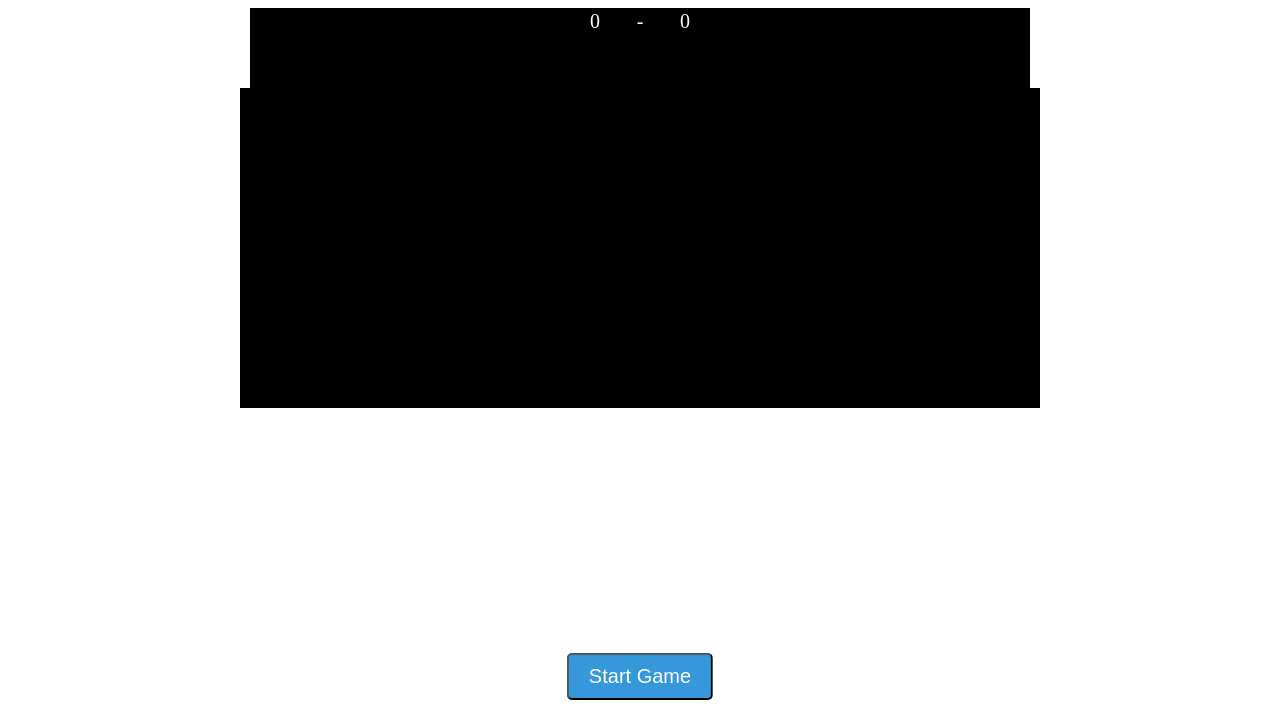
Repository: SiPilip/PingPong-basicJS
Page: index.html
The author's editor kept a copy of each file at every save. The page is drawn from the files as they stood at one save, then again after the next save.
The browser window is 1280 px wide. The pictures show the whole page.

Above is the page before, as saved 2023-05-30 11:15:41.

### index.html
<!DOCTYPE html>
<html>

<head>
    <title>Ping Pong Game</title>
    <link rel="stylesheet" type="text/css" href="style.css">
</head>

<body>
    <div class="loading-screen" id="loading-screen">
        <span class="loading-text">Loading...</span>
    </div>
    <div class="game-container">
        <div id="pong">
            <div id="paddleA"></div>
            <div id="paddleB"></div>
            <div id="ball"></div>
        </div>
        <div id="scoreboard">
            <span id="playerA-score">0</span>
            <span>-</span>
            <span id="playerB-score">0</span>
        </div>
        <button id="start-button" disabled>Start Game</button>
    </div>
    <script src="script.js"></script>
</body>

</html>

### style.css
#pong {
    position: relative;
    width: 800px;
    height: 400px;
    background-color: #000;
    margin: 0 auto;
    overflow: hidden;
}

#paddleA,
#paddleB {
    position: absolute;
    width: 10px;
    height: 80px;
    background-color: #fff;
}

#paddleA {
    left: 0;
}

#paddleB {
    right: 0;
}

#ball {
    position: absolute;
    width: 10px;
    height: 10px;
    background-color: #fff;
    border-radius: 50%;
}

#scoreboard {
    position: absolute;
    top: 10px;
    left: 50%;
    transform: translateX(-50%);
    display: flex;
    justify-content: space-between;
    width: 100px;
    color: #fff;
    font-size: 20px;
}

.player-score {
    text-align: center;
    width: 50px;
}

#loading-screen {
    position: fixed;
    top: 0;
    left: 0;
    width: 100%;
    height: 100%;
    background-color: #000;
    display: flex;
    justify-content: center;
    align-items: center;
    z-index: 9999;
}

.loader {
    border: 16px solid #f3f3f3;
    border-top: 16px solid #3498db;
    border-radius: 50%;
    width: 120px;
    height: 120px;
    animation: spin 2s linear infinite;
}

@keyframes spin {
    0% { transform: rotate(0deg); }
    100% { transform: rotate(360deg); }
}

#start-button {
    position: fixed;
    bottom: 20px;
    left: 50%;
    transform: translateX(-50%);
    padding: 10px 20px;
    background-color: #3498db;
    color: #fff;
    font-size: 20px;
    cursor: pointer;
    border-radius: 5px;
}

#name-input {
    position: fixed;
    top: 50%;
    left:

### script.js
document.addEventListener("DOMContentLoaded", () => {
  const pong = document.getElementById("pong");
  const paddleA = document.getElementById("paddleA");
  const paddleB = document.getElementById("paddleB");
  const ball = document.getElementById("ball");
  const startButton = document.getElementById("start-button");
  const playerAScore = document.getElementById("playerA-score");
  const playerBScore = document.getElementById("playerB-score");
  const loadingScreen = document.getElementById("loading-screen");

  let paddleA_Y = 160;
  let paddleB_Y = 160;
  let ball_X = 390;
  let ball_Y = 190;
  let speed_X = 2;
  let speed_Y = 2;
  let playerAScoreValue = 0;
  let playerBScoreValue = 0;
  let isGameRunning = false;

  function update() {
    paddleA.style.top = paddleA_Y + "px";
    paddleB.style.top = paddleB_Y + "px";

    ball_X += speed_X;
    ball_Y += speed_Y;
    ball.style.left = ball_X + "px";
    ball.style.top = ball_Y + "px";

    if (ball_Y > 385 || ball_Y < 0) {
      speed_Y *= -1;
    }

    if (ball_X <= 20 && ball_Y + 10 >= paddleA_Y && ball_Y <= paddleA_Y + 80) {
      speed_X *= -1;
    }

    if (ball_X >= 770 && ball_Y + 10 >= paddleB_Y && ball_Y <= paddleB_Y + 80) {
      speed_X *= -1;
    }

    if (ball_X <= 0) {
      playerBScoreValue++;
      resetGame();
    } else if (ball_X >= 790) {
      playerAScoreValue++;
      resetGame();
    }

    playerAScore.textContent = playerAScoreValue;
    playerBScore.textContent = playerBScoreValue;

    if (isGameRunning) {
      requestAnimationFrame(update);
    }
  }

  function resetGame() {
    ball_X = 390;
    ball_Y = 190;
    speed_X *= -1;
    paddleA_Y = 160;
    paddleB_Y = 160;

    isGameRunning = false;
    startButton.disabled = false;
    startButton.textContent = "Start Game";
  }

  function startGame() {
    isGameRunning = true;
    startButton.disabled = true;
    startButton.textContent = "Game in Progress";
    update();
  }

  function movePaddleA(event) {
    const mouseY = event.clientY - pong.offsetTop;
    if (mouseY >= 0 && mouseY <= 320) {
      paddleA_Y = mouseY;
    }
  }

  function movePaddleB() {
    // Mengikuti gerakan bola dengan gerakan yang lebih alami
    const paddleCenter = paddleB_Y + 40;
    const ballCenter = ball_Y + 5;
    const distance = ballCenter - paddleCenter;

    if (Math.abs(distance) < 10) {
      return; // Jika sudah mendekati posisi bola, biarkan paddle tetap
    }

    let moveAmount = Math.min(4, Math.abs(distance) / 10);

    if (distance < 0) {
      paddleB_Y -= moveAmount;
    } else {
      paddleB_Y += moveAmount;
    }
  }

  pong.addEventListener("mousemove", movePaddleA);

  setTimeout(() => {
    loadingScreen.style.animation = "fadeOut 1s forwards";
    loadingScreen.style.display = "none";
    startButton.disabled = false;
    startButton.textContent = "Start Game";
  }, 3000);

  startButton.addEventListener("click", startGame);

  // Menggerakkan paddle B setiap 10ms
  setInterval(movePaddleB, 10);
});

After the next save:
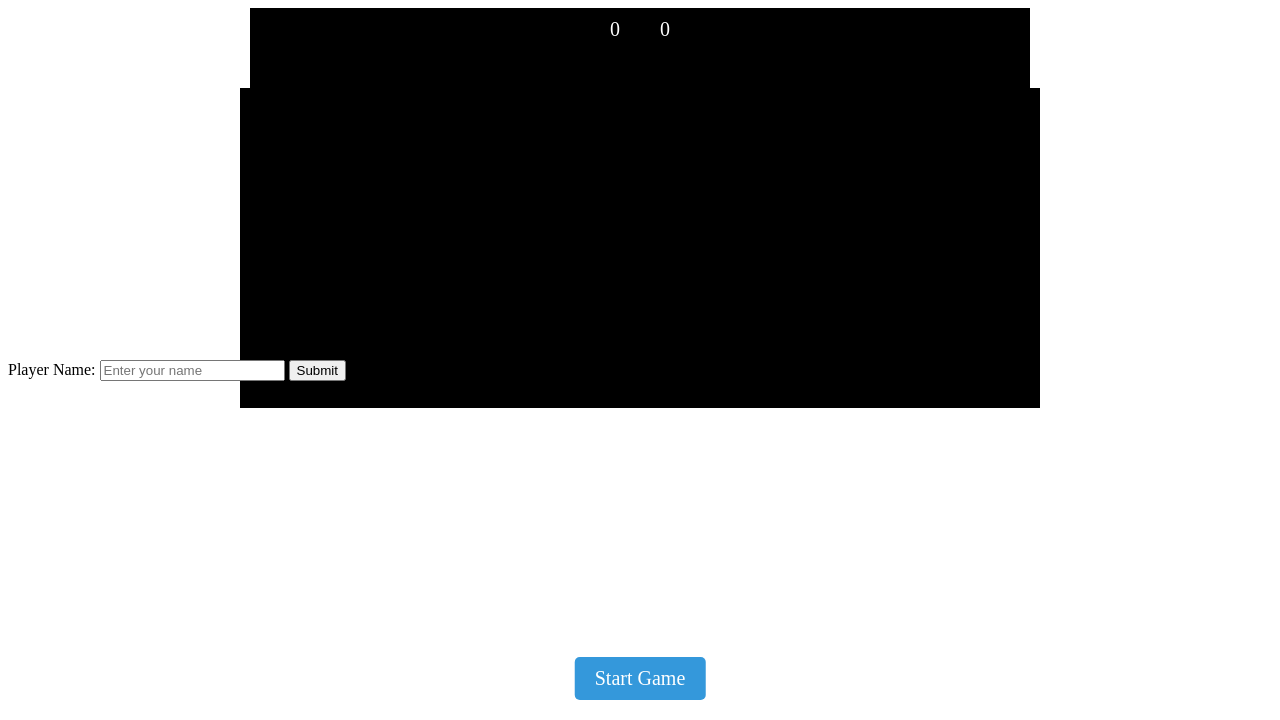
Saved 1 s later.
--- a/index.html
+++ b/index.html
@@ -7,22 +7,25 @@
 </head>
 
 <body>
-    <div class="loading-screen" id="loading-screen">
-        <span class="loading-text">Loading...</span>
+    <div id="pong">
+        <div id="paddleA"></div>
+        <div id="paddleB"></div>
+        <div id="ball"></div>
+        <div id="scoreboard">
+            <span id="playerA-score" class="player-score">0</span>
+            <span id="playerB-score" class="player-score">0</span>
+        </div>
     </div>
-    <div class="game-container">
-        <div id="pong">
-            <div id="paddleA"></div>
-            <div id="paddleB"></div>
-            <div id="ball"></div>
-        </div>
-        <div id="scoreboard">
-            <span id="playerA-score">0</span>
-            <span>-</span>
-            <span id="playerB-score">0</span>
-        </div>
-        <button id="start-button" disabled>Start Game</button>
+    <div id="loading-screen">
+        <div class="loader"></div>
     </div>
+    <div id="start-button">Start Game</div>
+    <div id="name-input">
+        <label for="player-name">Player Name:</label>
+        <input type="text" id="player-name" placeholder="Enter your name">
+        <button id="submit-button">Submit</button>
+    </div>
+
     <script src="script.js"></script>
 </body>
 
